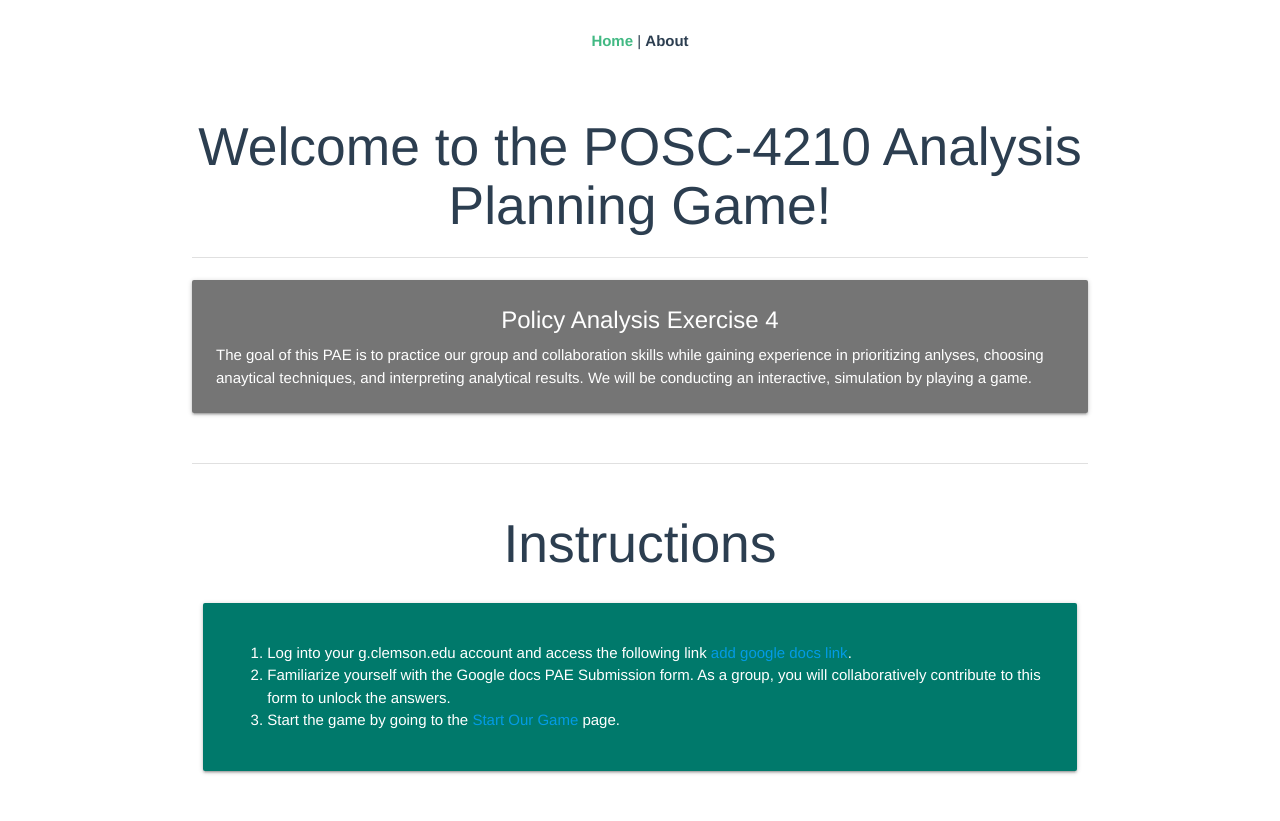
Repository: gallard28/posc4210app
Page: /
An editor plug-in stored every save of this project. The page is shown before and after the next save, followed by the edit.
The browser window is 1280 px wide. The pictures show the whole page.
The project was rebuilt for these pictures with package versions that can differ from the ones it lists, and the page was loaded fresh each time.

Above is the page before, as saved 2020-09-20 16:14:07.

### public/index.html
<!DOCTYPE html>
<html lang="en">
  <head>
    <meta charset="utf-8">
    <meta http-equiv="X-UA-Compatible" content="IE=edge">
    <meta name="viewport" content="width=device-width,initial-scale=1.0">
    <link rel="icon" href="<%= BASE_URL %>favicon.ico">
    <title><%= htmlWebpackPlugin.options.title %></title>

    <!-- Materialize CSS -->
    <!-- Compiled and minified CSS -->
    <link rel="stylesheet" href="https://cdnjs.cloudflare.com/ajax/libs/materialize/1.0.0/css/materialize.min.css">

    <!-- Compiled and minified JavaScript -->
    <script src="https://cdnjs.cloudflare.com/ajax/libs/materialize/1.0.0/js/materialize.min.js"></script>

  </head>
  <body>
    <noscript>
      <strong>We're sorry but <%= htmlWebpackPlugin.options.title %> doesn't work properly without JavaScript enabled. Please enable it to continue.</strong>
    </noscript>
    <div id="app"></div>
    <!-- built files will be auto injected -->
  </body>
</html>

### src/views/Home.vue
<template>
  <div class="home container">
    <div class="col s12">
      <h2>Welcome to the POSC-4210 Analysis Planning Game!</h2>
    </div>
    <!-- Description -->
    <div class="divider"></div>
    <div class="section">
      <div class="row">
        <div class="cols s12">
          <!-- Card -->
          <div class="card grey darken-1">
            <div class="card-content white-text">
              <span class="card-title">Policy Analysis Exercise 4</span>
              <p class="left-align">The goal of this PAE is to practice our group and collaboration skills while gaining experience in prioritizing anlyses, choosing anaytical techniques, and interpreting analytical results. We will be conducting an interactive, simulation by playing a game.</p>
            </div>
          </div>
        </div>
    </div>
    </div>
    <!-- Insturctions -->
    <div class="divider"></div>
    <div class="section">
      <div class="headline">
        <h2>Instructions</h2>
      </div>
      <div class="row">
        <!-- Card 1 -->
        <div class="col s12">
          <div class="card teal darken-2">
            <div class="card-content">
              <p class="left-align white-text">
                <ol>
                  <li>Log into your g.clemson.edu account and access the following link <a href="">add google docs link</a>. </li>
                  <li>Familiarize yourself with the Google docs PAE Submission form. As a group, you will collaboratively contribute to this form to unlock the answers.</li>
                  <li>Start the game by going to the <router-link to="">Start Our Game</router-link> page.</li>
                </ol>
              </p>
            </div>
          </div>
        </div>
      </div>
    </div>


  </div>
</template>

<script>
export default {
  name: 'Home',
  components: {
  }
}
</script>

Loaded but not shown: src/main.js (common file); src/App.vue (common file); src/router/index.js (common file)

After the next save:
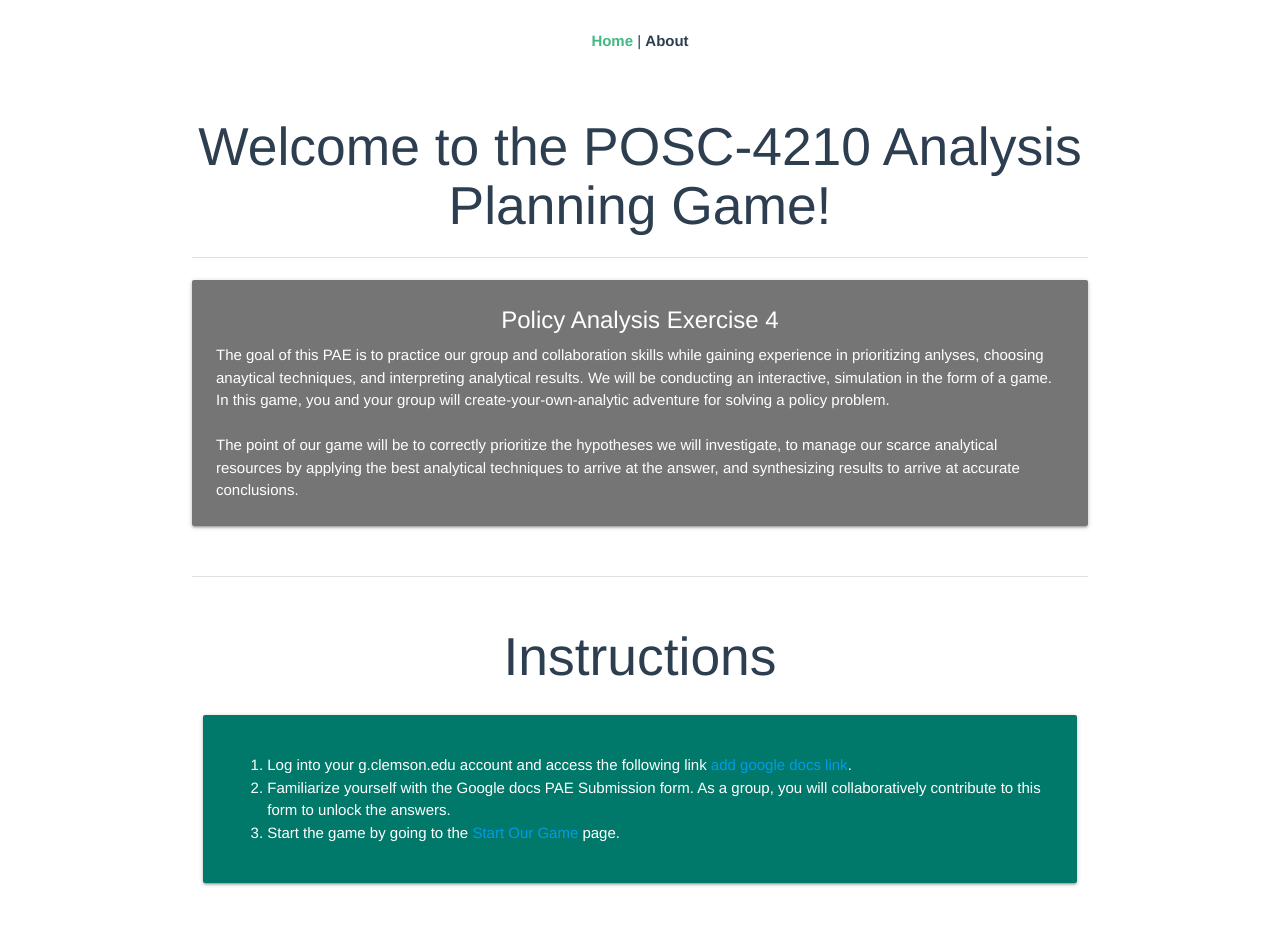
Saved 2 min 6 s later.
--- a/src/views/Home.vue
+++ b/src/views/Home.vue
@@ -12,7 +12,9 @@
           <div class="card grey darken-1">
             <div class="card-content white-text">
               <span class="card-title">Policy Analysis Exercise 4</span>
-              <p class="left-align">The goal of this PAE is to practice our group and collaboration skills while gaining experience in prioritizing anlyses, choosing anaytical techniques, and interpreting analytical results. We will be conducting an interactive, simulation by playing a game.</p>
+              <p class="left-align">The goal of this PAE is to practice our group and collaboration skills while gaining experience in prioritizing anlyses, choosing anaytical techniques, and interpreting analytical results. We will be conducting an interactive, simulation in the form of   a game. In this game, you and your group will create-your-own-analytic adventure for solving a policy problem.  <br><br>
+              The point of our game will be to correctly prioritize the hypotheses we will investigate, to manage our scarce analytical resources by applying the best analytical techniques to arrive at the answer, and synthesizing results to arrive at accurate conclusions.
+              </p>
             </div>
           </div>
         </div>
